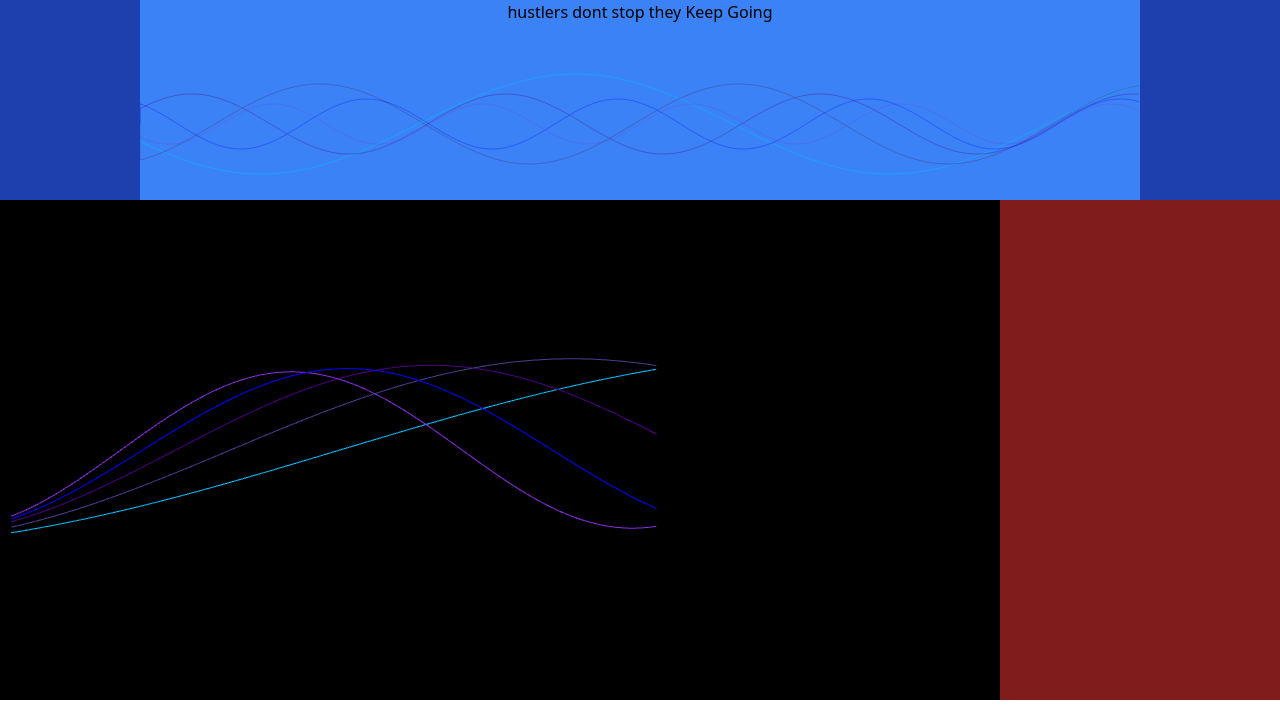
Repository: TMuse333/quantum-experiments
Page: /
An editor plug-in stored every save of this project. The page is shown before and after a run of saves, followed by the edit.
The browser window is 1280 px wide. The pictures show the whole page.
The project was rebuilt for these pictures with package versions that can differ from the ones it lists, and the page was loaded fresh each time. Also part of the build but not shown: vite.config.ts.

Above is the page before, as saved 2024-06-08 18:28:49.

After the next 2 saves:
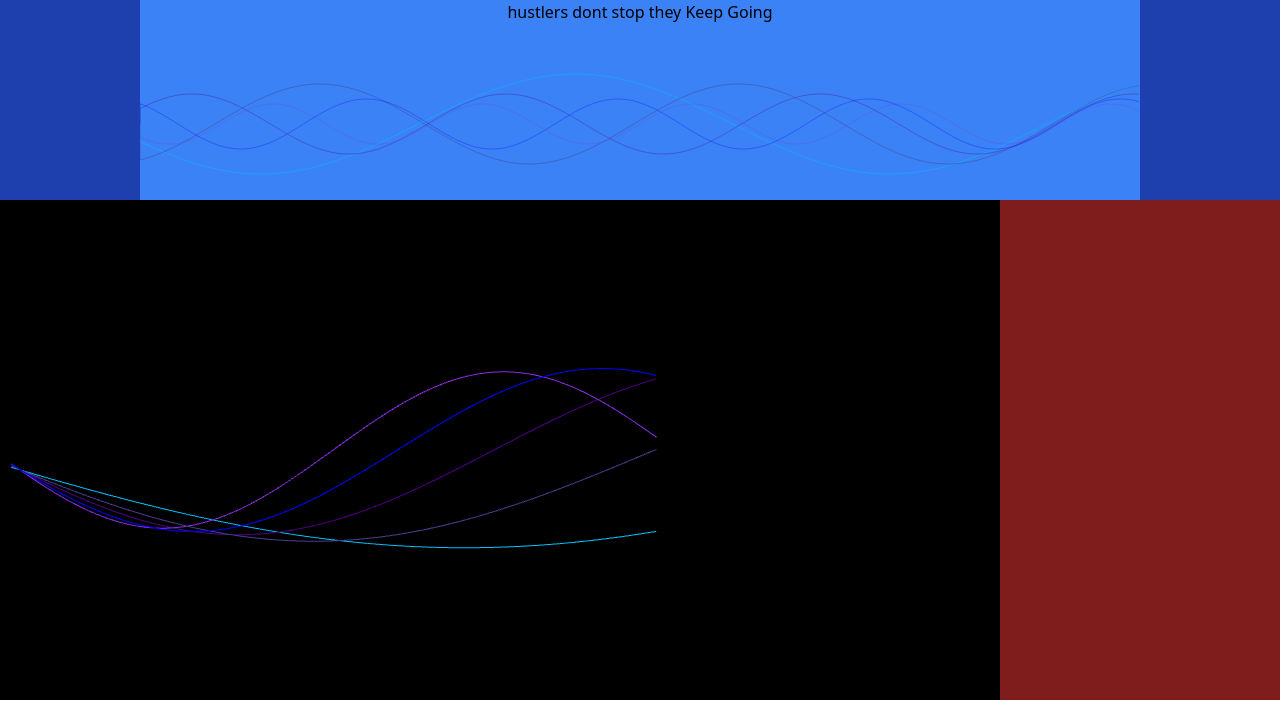
The 2 saves are shown as one change because they came seconds apart.
The last was saved 9 s later.
--- a/src/components/sineWave/threeeJsWave/threeJsWave.tsx
+++ b/src/components/sineWave/threeeJsWave/threeJsWave.tsx
@@ -55,7 +55,7 @@ const ThreeJSWave: React.FC = () => {
           positions[i * 3 + 1] = Math.sin(i * wave.frequency + wave.offset) * wave.amplitude;
         }
         wave.line.geometry.attributes.position.needsUpdate = true;
-        wave.offset += 1;
+        wave.offset += 0.01;
       });
 
       renderer.render(scene, camera);
